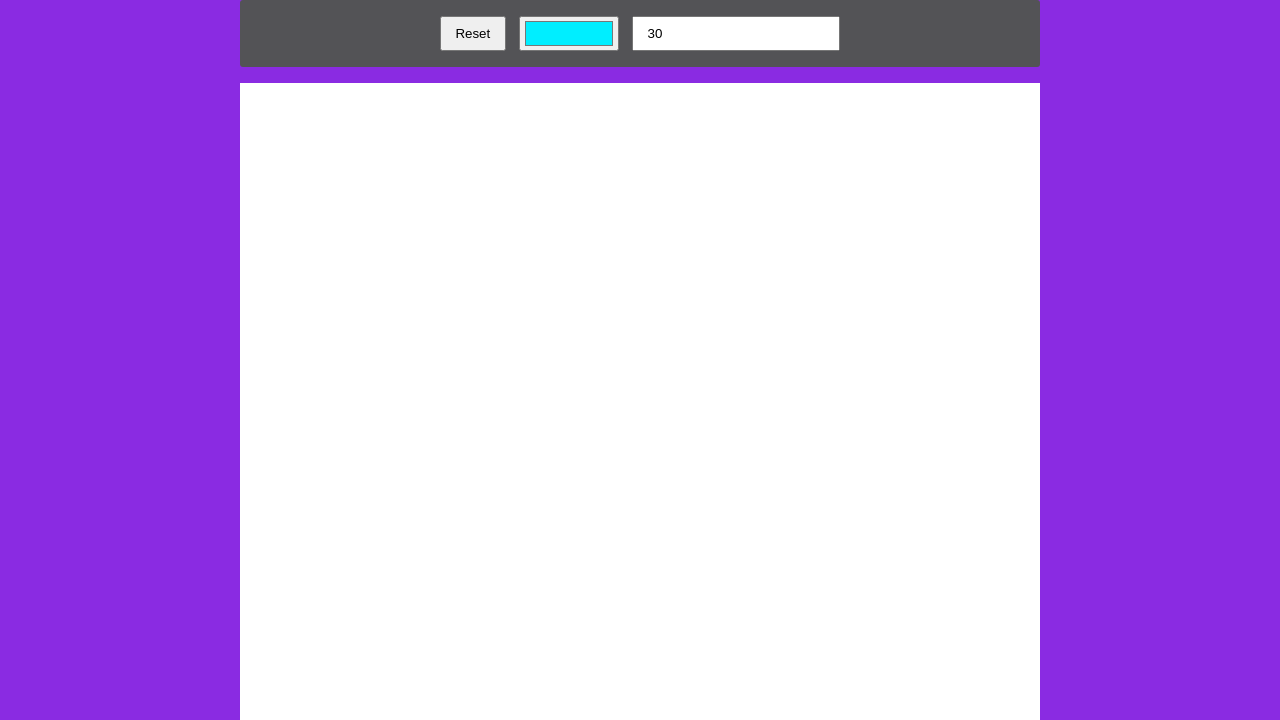
Repository: Larrowo/Challenges
Page: Pixel-Art/index.html
The author's editor kept a copy of each file at every save. The page is drawn from the files as they stood at one save, then again after the next save.
The browser window is 1280 px wide. The pictures show the whole page.

Above is the page before, as saved 2022-04-20 12:25:59.

### Pixel-Art/index.html
<!DOCTYPE html>
<html lang="en">

<head>
    <meta charset="UTF-8" />
    <meta http-equiv="X-UA-Compatible" content="IE=edge" />
    <meta name="viewport" content="width=device-width, initial-scale=1.0" />
    <title>Document</title>
    <link rel="stylesheet" href="style.css" />
    <script src="/Pixel-Art/main.js" defer></script>
</head>

<body>
    <div class="navbar">
        <button class="btn">Reset</button>
        <input type="color" value="#00eeff" class="color">
        <input type="number" value="30" class="size">
    </div>
    <div class="container">
        <div class="pixel"></div>
        <div class="pixel"></div>
        <div class="pixel"></div>
        <div class="pixel"></div>
    </div>
</body>

</html>

### Pixel-Art/style.css
*{
    margin: 0;
    padding: 0;
    box-sizing: border-box;
}

html, body{
    height: 100%;
}

body{
    background-color: blueviolet;
    display: flex;
    justify-content: center;
    align-items: center;
    flex-direction: column;

}

.navbar, .container{
    background-color:rgb(83, 83, 86);
    width: 800px;
    border-radius: 3px;
}

.navbar{
    padding: 1em;
    margin-bottom: 1em;
    display: flex;
    justify-content: center;
    align-items: center;
}

.btn, input{
    height: 35px;
    padding: 0 1em;
}

.color{
    padding: 0 .25em;
    width: 100px;
    margin: 0 1em;
}

.container{
    height: 800px;
    display: grid;
}

.pixel{
    background-color: white;
}

Loaded but not shown: Pixel-Art/main.js (no stored copy; drawn as an empty file)

After the next save:
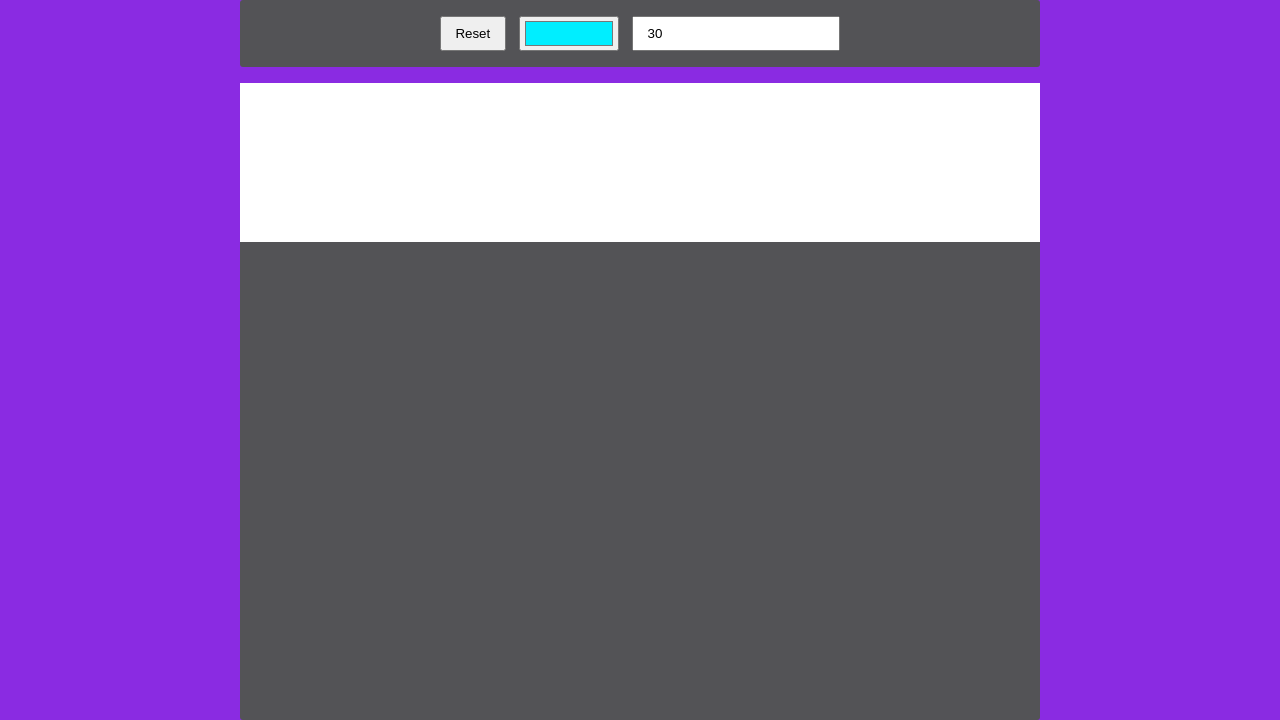
Saved 64 s later.
--- a/Pixel-Art/style.css
+++ b/Pixel-Art/style.css
@@ -45,6 +45,8 @@ body{
 .container{
     height: 800px;
     display: grid;
+    grid-template-columns: repeat(4, 1fr);
+    grid-template-rows: repeat(4, 1fr);
 }
 
 .pixel{
